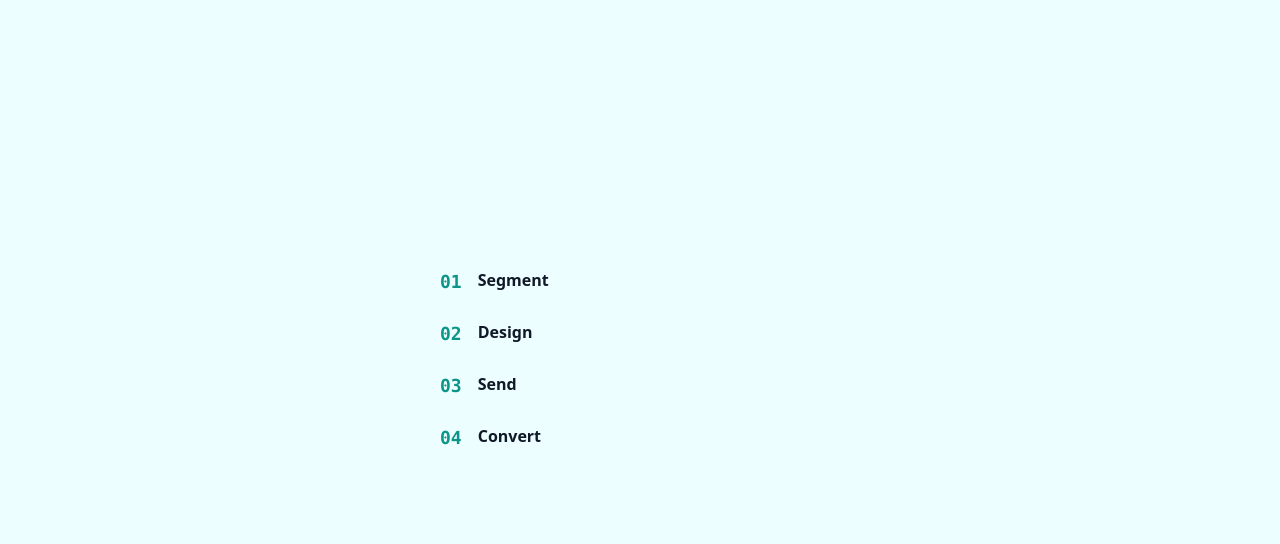
Repository: trusha97/postpilot
Page: accordin.html
The author's editor kept a copy of each file at every save. The page is drawn from the files as they stood at one save, then again after the next save.
The browser window is 1280 px wide. The pictures show the whole page.
Some web libraries are served in a nearby version.

Above is the page before, as saved 2025-05-19 09:40:12.
Console error: TypeError: Cannot read properties of null (reading 'classList')

### accordin.html
<!DOCTYPE html>
<html lang="en">

<head>
  <meta charset="UTF-8" />
  <meta name="viewport" content="width=device-width, initial-scale=1.0" />
  <title>Step Accordion</title>
  <script src="https://cdn.tailwindcss.com"></script>
  <style>
    .custom-scroll::-webkit-scrollbar {
      width: 6px;
    }

    .custom-scroll::-webkit-scrollbar-thumb {
      background-color: #14b8a6;
      border-radius: 8px;
    }

    .custom-scroll::-webkit-scrollbar-track {
      background: transparent;
    }
  </style>
</head>

<body class="bg-cyan-50 flex items-center justify-center min-h-screen">
  <div class="bg-cyan-50 p-6 w-full max-w-md space-y-6" id="accordion">

    <!-- Step Template Start -->
    <div class="cursor-pointer" onclick="toggleStep(1)">
      <div class="flex items-start space-x-4">
        <div class="flex flex-col items-center">
          <span class="text-teal-600 font-mono text-lg font-bold">01</span>
        </div>
        <div>
          <p class="font-bold text-gray-900">Segment</p>
        </div>
      </div>
      <!-- <div id="content-1" class="hidden ms-3 mt-2 flex space-x-5 h-28 overflow-hidden">
        <div class="overflow-y-auto h-full custom-scroll">
          <div class="w-1 bg-teal-400 h-[150px]"></div>
        </div>
        <div class="overflow-y-auto h-full text-sm text-gray-600 custom-scroll pr-2 w-full">
          This is the description for step 1. Scroll to test the left line behavior along with this paragraph.
        </div>
      </div> -->
      <!-- <div class="flex items-start bg-[#e8f8f8] p-4 rounded-md">
        <div class="w-1 bg-gradient-to-b from-[#1eb4b4] to-[#b5f3f3] rounded-full mr-3"></div>

        <p class="text-gray-700 text-sm">
          One-off announcements or automatically triggered flows. Customers receive their personalized cards within a
          week.
        </p>
      </div> -->

    </div>

    <div class="cursor-pointer" onclick="toggleStep(2)">
      <div class="flex items-start space-x-4">
        <div class="flex flex-col items-center">
          <span class="text-teal-600 font-mono text-lg font-bold">02</span>
        </div>
        <div>
          <p class="font-bold text-gray-900">Design</p>
        </div>
      </div>
      <div id="content-2" class="hidden ms-3 mt-2 flex space-x-5 h-28 overflow-hidden">
        <div class="overflow-y-auto h-full custom-scroll">
          <div class="w-1 bg-teal-600 h-[600px]"></div>
        </div>
        <div class="overflow-y-auto h-full text-sm text-gray-600 custom-scroll pr-2 w-full">
          Custom designs with drag & drop features. Add logos, images, and customize layouts as you wish.
          Reusable components and global styles for consistency.
        </div>
      </div>
    </div>

    <div class="cursor-pointer" onclick="toggleStep(3)">
      <div class="flex items-start space-x-4">
        <div class="flex flex-col items-center">
          <span class="text-teal-600 font-mono text-lg font-bold">03</span>
        </div>
        <div>
          <p class="font-bold text-gray-900">Send</p>
        </div>
      </div>
      <div id="content-3" class="hidden ms-3 mt-2 flex space-x-5 h-28 overflow-hidden">
        <div class="overflow-y-auto h-full custom-scroll">
          <div class="w-1 bg-teal-600 h-[600px]"></div>
        </div>
        <div class="overflow-y-auto h-full text-sm text-gray-600 custom-scroll pr-2 w-full">
          Send personalized cards to customers automatically based on events and flows. They receive them within a week.
        </div>
      </div>
    </div>

    <div class="cursor-pointer" onclick="toggleStep(4)">
      <div class="flex items-start space-x-4">
        <div class="flex flex-col items-center">
          <span class="text-teal-600 font-mono text-lg font-bold">04</span>
        </div>
        <div>
          <p class="font-bold text-gray-900">Convert</p>
        </div>
      </div>
      <div id="content-4" class="hidden ms-3 mt-2 flex space-x-5 h-28 overflow-hidden">
        <div class="overflow-y-auto h-full custom-scroll">
          <div class="w-1 bg-teal-600 h-[600px]"></div>
        </div>
        <div class="overflow-y-auto h-full text-sm text-gray-600 custom-scroll pr-2 w-full">
          Analyze conversions and optimize your next campaign based on performance data. Easy tracking tools included.
        </div>
      </div>
    </div>
    <!-- Step Template End -->

  </div>

  <script>
    function toggleStep(step) {
      for (let i = 1; i <= 4; i++) {
        document.getElementById('content-' + i).classList.add('hidden');
      }
      document.getElementById('content-' + step).classList.remove('hidden');
    }

    // By default open step 2
    toggleStep(2);
  </script>
</body>

</html>

After the next save:
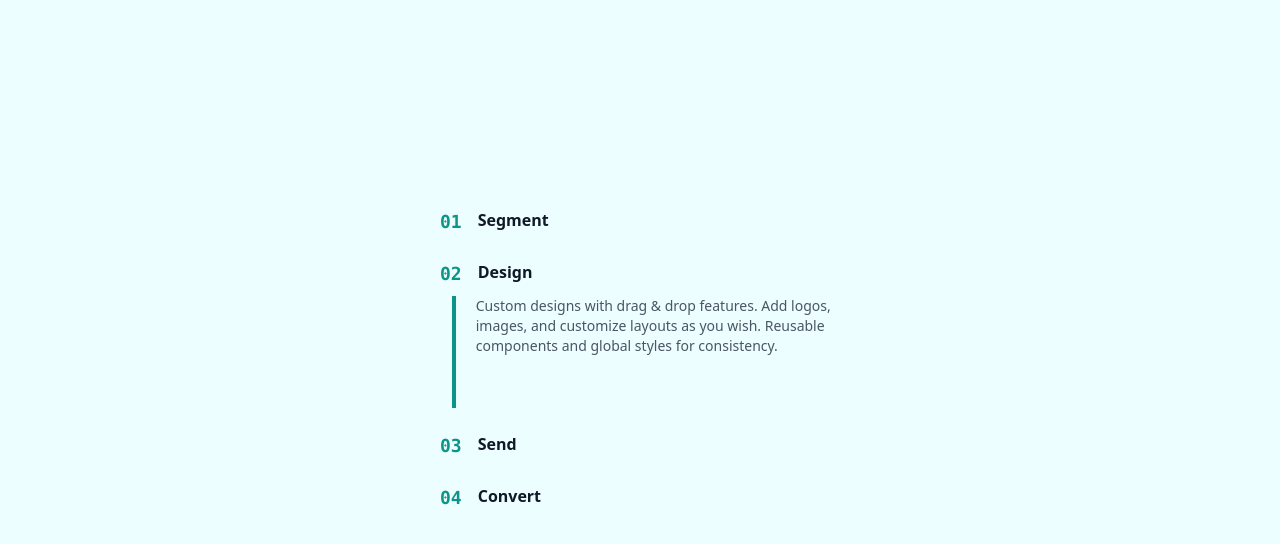
The error is gone.
Saved 9 s later.
--- a/accordin.html
+++ b/accordin.html
@@ -35,14 +35,14 @@
           <p class="font-bold text-gray-900">Segment</p>
         </div>
       </div>
-      <!-- <div id="content-1" class="hidden ms-3 mt-2 flex space-x-5 h-28 overflow-hidden">
+      <div id="content-1" class="hidden ms-3 mt-2 flex space-x-5 h-28 overflow-hidden">
         <div class="overflow-y-auto h-full custom-scroll">
           <div class="w-1 bg-teal-400 h-[150px]"></div>
         </div>
         <div class="overflow-y-auto h-full text-sm text-gray-600 custom-scroll pr-2 w-full">
           This is the description for step 1. Scroll to test the left line behavior along with this paragraph.
         </div>
-      </div> -->
+      </div>
       <!-- <div class="flex items-start bg-[#e8f8f8] p-4 rounded-md">
         <div class="w-1 bg-gradient-to-b from-[#1eb4b4] to-[#b5f3f3] rounded-full mr-3"></div>
 
